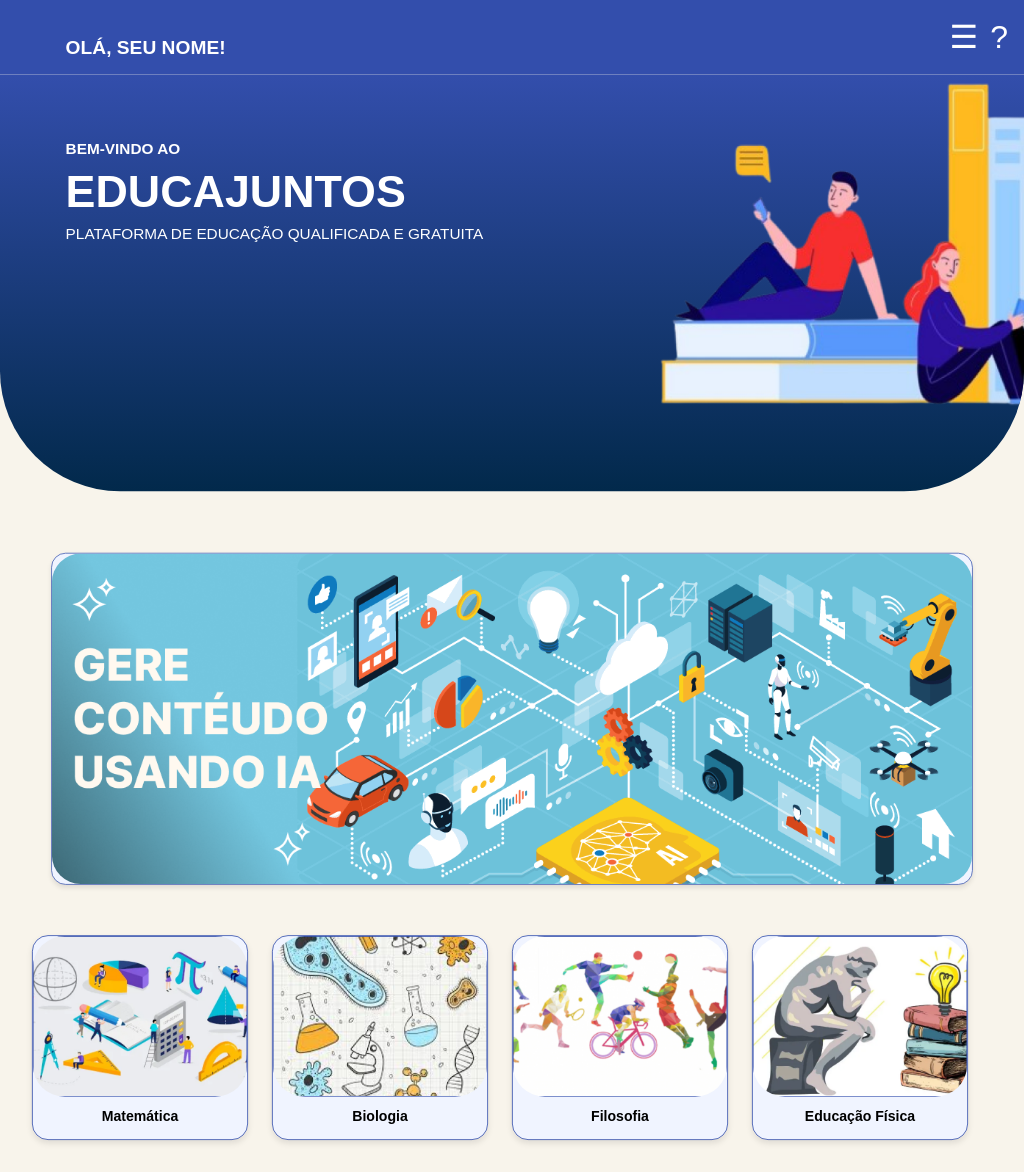
Repository: Matheus904-12/EDUCAJUNTOS
Page: inicio/index.html
The author's editor kept a copy of each file at every save. The page is drawn from the files as they stood at one save, then again after the next save.
The browser window is 1280 px wide. The pictures show the whole page, at 80% of full size.

Above is the page before, as saved 2024-10-28 19:58:31.

### inicio/index.html
<!DOCTYPE html>
<html lang="pt-BR">

<head>
    <meta charset="UTF-8">
    <meta name="viewport" content="width=device-width, initial-scale=1.0">
    <title>Educajuntos</title>
    <link rel="stylesheet" href="style.css">
</head>

<body>
    <header>
        <h1>OLÁ, SEU NOME!</h1>
        <nav>
            <button class="menu-btn">&#9776;</button>
            <button class="help-btn">?</button>
        </nav>
    </header>

    <section class="hero">
        <h2>BEM-VINDO AO</h2>
        <h3>EDUCAJUNTOS</h3>
        <p>PLATAFORMA DE EDUCAÇÃO QUALIFICADA E GRATUITA</p>
        <div class="hero-image">
            <img src="../image/1.png" alt="Imagem ilustrativa de pessoas estudando">
        </div>
    </section>

    <br>
    <br>
    <br>

    <main>

        <div class="category-card large">
            <img src="../image/7.png" alt="IA">
        </div>

        <section class="categories">
            <div class="category-card">
                <img src="../image/2.png" alt="Matemática">
                <p>Matemática</p>
                <br>
            </div>
            <div class="category-card">
                <img src="../image/3.png" alt="Biologia">
                <p>Biologia</p>
                <br>
            </div>
            <div class="category-card">
                <img src="../image/6.png" alt="Filosofia">
                <p>Filosofia</p>
                <br>
            </div>
            <div class="category-card">
                <img src="../image/5.png" alt="Educação Física">
                <p>Educação Física</p>
                <br>
            </div>
        </section>
    </main>

    <script src="script.js"></script>
</body>

</html>

### inicio/style.css
* {
    margin: 0;
    padding: 0;
    box-sizing: border-box;
    font-family: Arial, sans-serif;
}

body {
    background-color: #F8F4EB;
    color: #333;
}

header {
    background-color: #334EAC;
    color: #fff;
    padding: 20px;
    display: flex;
    justify-content: space-between;
    align-items: center;
}

header h1 {
    font-size: 1.5em;
    margin-left: 5%;
    margin-top: 2%;
}

nav {
    display: flex;
    gap: 15px;
}

.menu-btn,
.help-btn {
    background: none;
    border: none;
    color: #fff;
    font-size: 2.5em;
    cursor: pointer;
}

/* Hero Section with Rounded Bottom Borders and Centered Image */
.hero {
    background: linear-gradient( #334EAC, #02294b);
    color: #fff;
    padding: 20px 20px;
    border-bottom-left-radius: 150px;
    border-bottom-right-radius: 150px;
    position: relative;
    display: flex;
    flex-direction: column;
    align-items: flex-start;
    overflow: hidden;

}

.hero h2 {
    font-size: 1.2em;
    margin-bottom: 10px;
    font-weight: bold;
    margin-left: 5%;
    margin-top: 5%;
}

.hero h3 {
    font-size: 3.5em;
    margin-bottom: 10px;
    font-weight: bold;
    margin-left: 5%;
}

.hero p {
    font-size: 1.2em;
    margin-bottom: 20px;
    margin-left: 5%;
}

.hero-image {
    display: flex;
    margin-left: 60%;
    width: 782px;
    height: 580px;
    margin-top: -25%;
}

.hero-image img {
    width: 100%;
    height: auto;
    border-radius: 0 0 150px 150px;
}

/* Categories Section */
.categories {
    display: grid;
    grid-template-columns: repeat(4, 1fr);
    gap: 0px;
    padding: 40px;
}

.category-card {
    background-color: #F0F4FF; /* Cor de fundo suave */
    border: 1px solid #334EAC; /* Contorno azul */
    border-radius: 20px;
    text-align: center;
    box-shadow: 0px 4px 8px rgba(0, 0, 0, 0.1);
    width: 90%;
    height: 100%;

}

.category-card img {
    width: 100%;
    border-radius: 40px;
    margin-top: 0px;
}

.category-card p {
    margin-top: 10px;
    font-size: 1.1em;
    font-weight: bold;
    color: #000000;
}

/* Ajuste do card para o modo grande */
.category-card.large {
    grid-column: span 2;
    display: flex;
    justify-content: center;
    align-items: center;
    font-size: 1.5em;
    font-weight: bold;
    width: 100%;
    transform: scale(90%);
    border
}

### inicio/script.js
document.addEventListener('DOMContentLoaded', () => {
    const menuButton = document.querySelector('.menu-btn');
    const dropdownMenu = document.querySelector('.dropdown-menu');

    menuButton.addEventListener('click', () => {
        dropdownMenu.style.display = dropdownMenu.style.display === 'block' ? 'none' : 'block';
    });

    // Fecha o menu dropdown ao clicar fora dele
    document.addEventListener('click', (event) => {
        if (!menuButton.contains(event.target) && !dropdownMenu.contains(event.target)) {
            dropdownMenu.style.display = 'none';
        }
    });
});

After the next save:
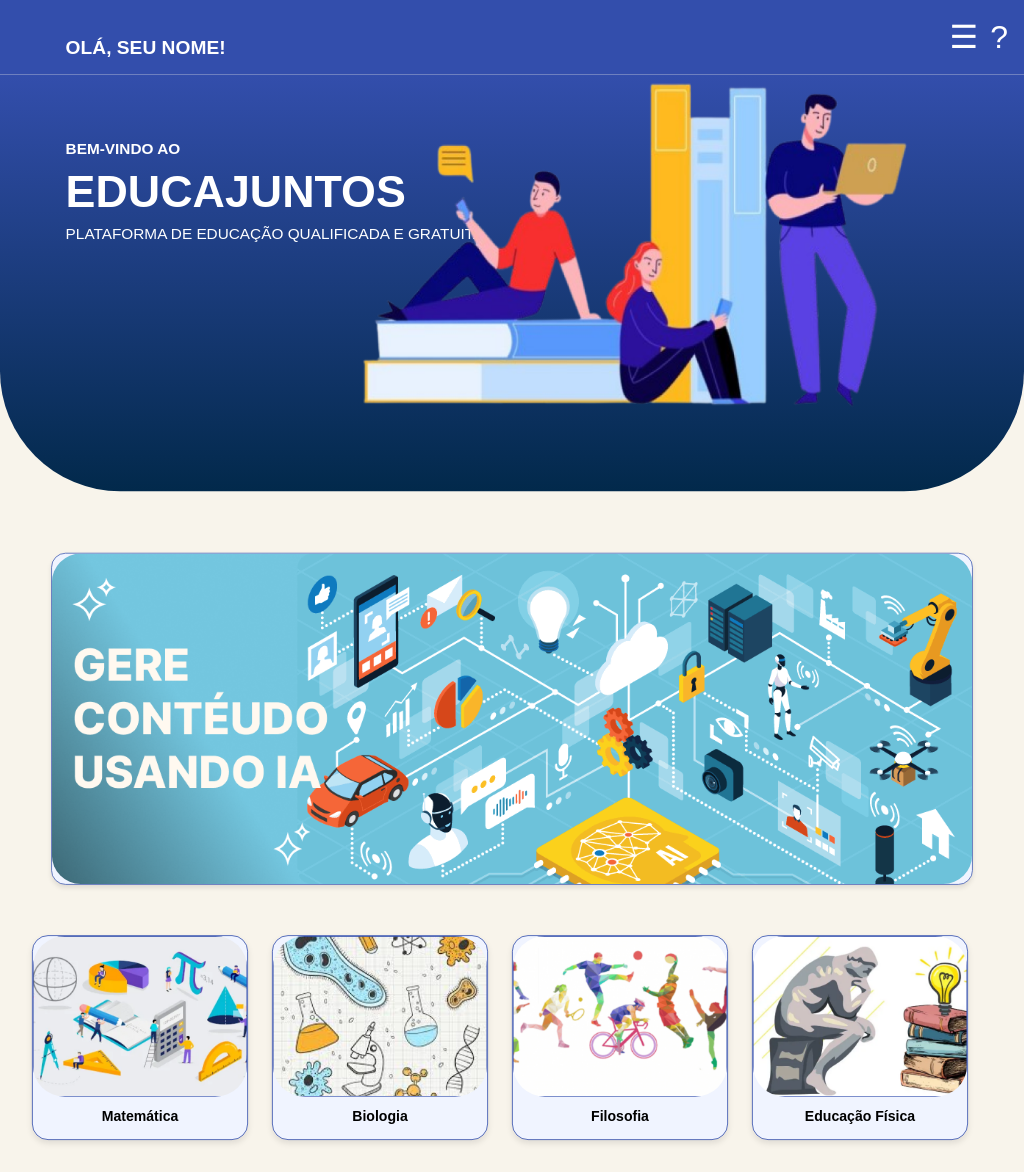
Saved 5 s later.
--- a/inicio/style.css
+++ b/inicio/style.css
@@ -77,7 +77,7 @@ nav {
 
 .hero-image {
     display: flex;
-    margin-left: 60%;
+    margin-left: 30%;
     width: 782px;
     height: 580px;
     margin-top: -25%;
